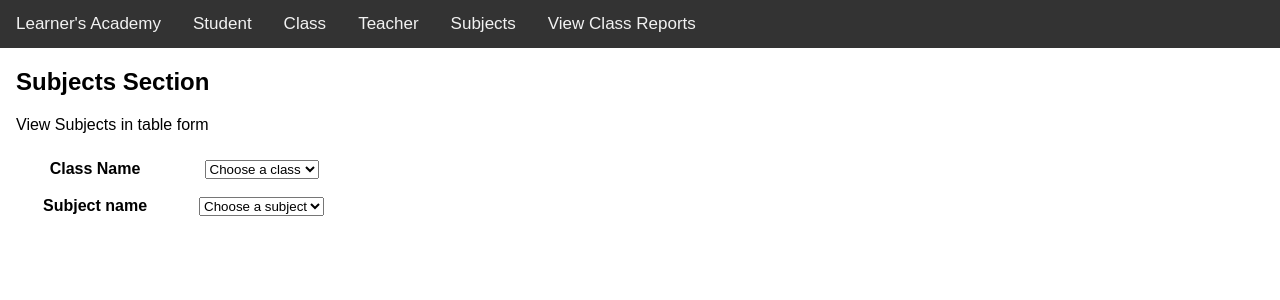
Repository: chirag627/Phase-2-Project
Page: http://localhost/Academy/web/class/assign_class.jsp
The author's editor kept a copy of each file at every save. The page is drawn from the files as they stood at one save, then again after the next save.
The browser window is 1280 px wide. The pictures show the whole page.
The page is served by Tomcat 9. Other server files are loaded and not shown. The template is opened directly, without the code that normally fills it, so the values that code supplies are empty.

Above is the page before, as saved 2022-08-15 12:21:30.

### Academy/src/main/webapp/web/class/assign_class.jsp
<%@ taglib prefix="c" uri="http://java.sun.com/jsp/jstl/core"%>
<!DOCTYPE html>
<html>
<head>
<meta charset="ISO-8859-1">
<title>Subjects Master List</title>
</head>
<style>
td, th {
	padding-left: 25px;
	padding-right: 25px;
	padding-top: 8px;
	padding-bottom: 8px;

}



body {
	margin: 0;
	font-family: Arial, Helvetica, sans-serif;
}

.topnav {
	overflow: hidden;
	background-color: #333;
}

.topnav a {
	float: left;
	color: #f2f2f2;
	text-align: center;
	padding: 14px 16px;
	text-decoration: none;
	font-size: 17px;
}

ul li a {
	color: black;
}
</style>
<body>
	<div class="topnav">
		<a>Learner's Academy</a> <a href="./AcademyStudentServlet">Student</a>
		<a href="classAction.html">Class</a> <a href="teaAction.html">Teacher</a>
		<a href="subAction.html">Subjects</a> <a href="viewClassReports.html">View
			Class Reports</a>
	</div>

	<div style="padding-left: 16px">
		<h2>Subjects Section</h2>
		<p>View Subjects in table form</p>
	</div>
	<div style="margin-left: 16px">
		<%
		if (request.getParameter("n") != null) {
			out.println("<h4 style=\"color:red\">" + request.getParameter("n") + "</h4>");
		}
		%>

		<form action="../../AcademyAssignClass" method="get">
			<table>
				<tr>
					<th>Class Name</th>
					<th><select name="class_name" required>
							<option>Choose a class</option>
							<c:forEach var="cclass" items="${READ_CLASS}">
								<option value=${cclass.class_id}>${cclass.class_name}</option>
							</c:forEach>
					</select></th>
				</tr>
				<tr>
					<th>Subject name</th>
					<th><select name="subject_name" required>
							<option>Choose a subject</option>
							<c:forEach var="subject" items="${READ_SUBJECTS}">
								<option value=${subject.subject_id}>${subject.subject_name}</option>
							</c:forEach>
					</select></th>

				</tr>
			</table>
		</form>
	</div>
</body>
</html>

After the next save:
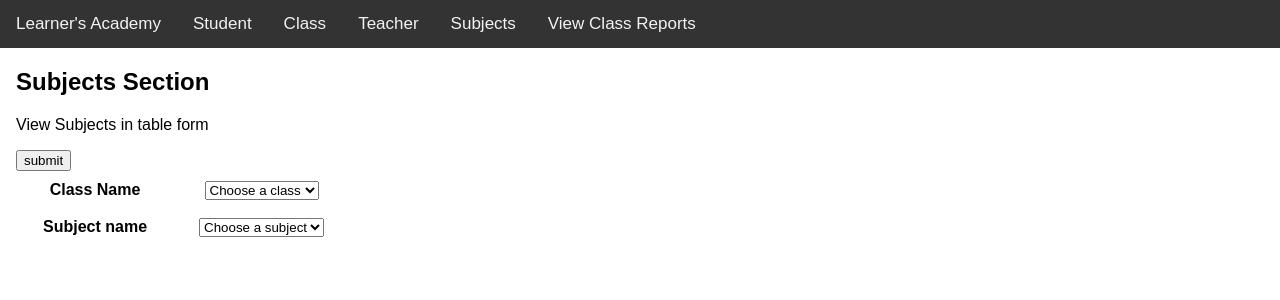
Saved 67 s later.
--- a/Academy/src/main/webapp/web/class/assign_class.jsp
+++ b/Academy/src/main/webapp/web/class/assign_class.jsp
@@ -11,10 +11,7 @@ td, th {
 	padding-right: 25px;
 	padding-top: 8px;
 	padding-bottom: 8px;
-
 }
-
-
 
 body {
 	margin: 0;
@@ -78,6 +75,10 @@ ul li a {
 							</c:forEach>
 					</select></th>
 
+
+				</tr>
+				<tr>
+					<input type="submit" name="submit" value="submit">
 				</tr>
 			</table>
 		</form>
